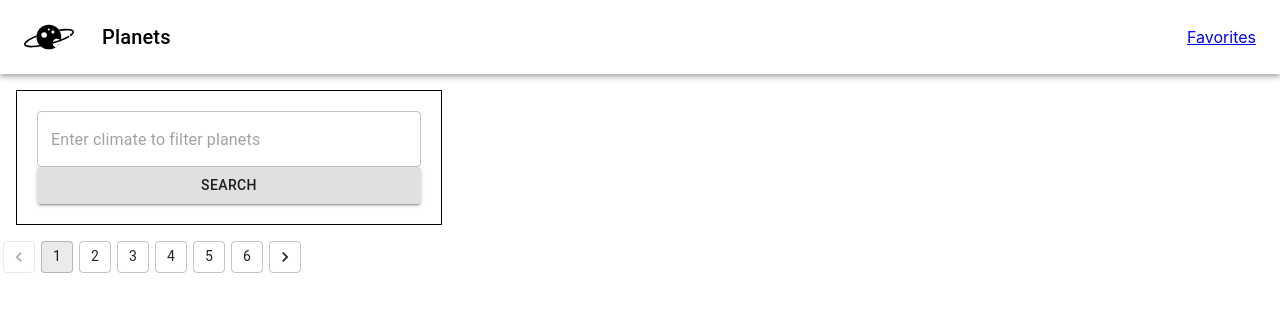
Repository: samridhie01/assignment
Page: /
These files come from the project's save history. The page is drawn as it stood at one moment and after the next save; the edit follows.
The browser window is 1280 px wide. The pictures show the whole page.
The page's requests for data from a server got no answer. The project was rebuilt for these pictures with package versions that can differ from the ones it lists, and the page was loaded fresh each time. A package was used in the major version that the imports need, not the one package.json lists. No one was signed in, and anything a server would have sent is missing. Also part of the build but not shown: src/components/planets/PlanetTile.tsx, src/components/planets/Planets.tsx, src/components/details/SpecificPlanetRetrievalService.ts, src/components/details/Details.tsx, src/components/favorites/Favorites.tsx.

Above is the page before, as saved 2020-08-21 19:10:39.

### src/index.tsx
import React from 'react';
import ReactDOM from 'react-dom';
import './index.css';
import App from './components/app/App';
import * as serviceWorker from './serviceWorker';
import { BrowserRouter } from 'react-router-dom';
import { Provider } from 'react-redux';
import rootReducer from './reducers';
import { createStore } from 'redux';
import store from "../src/store/index"
import { addPlanetData } from './actions';



ReactDOM.render(
  <React.StrictMode>

    <BrowserRouter>
    <Provider store={store}>
    <App />
    </Provider>
    </BrowserRouter>

  </React.StrictMode>,
  document.getElementById('root')
);

// If you want your app to work offline and load faster, you can change
// unregister() to register() below. Note this comes with some pitfalls.
// Learn more about service workers: https://bit.ly/CRA-PWA
serviceWorker.unregister();

### src/components/app/App.tsx
import React, { useEffect, useState } from "react";
import { Route, Switch } from "react-router-dom";
import HomePage from "../homePage/HomePage";
import Details from "../details/Details";
import Favorites from "../favorites/Favorites";
import { PlanetData } from "../module/types";

const App = () => {
  const [favs, setFavs] = useState<PlanetData[]>([]);

  const addToFavs = (data: any) => {
    if(favs.includes(data)){
      return;
    }
      let newArr = [...favs, data];
      setFavs(newArr);
  };

  return (
    <main>
      <Switch>
        <Route
          exact
          path="/"
          render={() => <HomePage handleAddToFavs={addToFavs} />}
        />
        <Route path="/details" component={Details} />
        <Route path="/favs" render={() => <Favorites listOfFavs={favs} />} />
      </Switch>
    </main>
  );
};
export default App;

### src/store/index.ts
import {createStore} from 'redux';
import rootReducer from '../reducers/index';

const store = createStore(rootReducer);

export default store;

### src/components/homePage/HomePage.tsx
import React, { useEffect, useState, ChangeEvent } from "react";
import { useStyles } from "./HomePageStyle";
import Header from "../header/Header";
import Planets from "../planets/Planets";
import SearchBox from "../searchBox/SearchBox";
import { getPlanetData, getPlanetDataPage } from "./PlanetRetrievalService";
import Pagination from "@material-ui/lab/Pagination";
import { PlanetData } from "../module/types";
import { Box } from "@material-ui/core";

interface PlanetOverview {
  handleAddToFavs: (element: any) => void;
}

const HomePage: React.FC<PlanetOverview> = ({ handleAddToFavs }) => {
  const [planetData, setPlanetData] = useState<PlanetData[]>([]);

  const handleNewPage = (page: number) => {
    getPlanetDataPage(page).then(res => {
      setPlanetData(res.data.results);
    });
  };

  const fetchData = () => {
    getPlanetData().then(res => {
      setPlanetData(res.data.results);
      localStorage.setItem("planetData", res.data.results);
    });
  };

  useEffect(() => {
    fetchData();
  }, []);

  const handlePageChange = (event: ChangeEvent<unknown>, value: number) => {
    handleNewPage(value);
  };

  const updatePlanetSearchResult = (key: string | null) => {
    if (key == "") {
      fetchData();
      return;
    }
    const newData = planetData.filter(data => {
      if (
        key == null ||
        data.climate.toLowerCase().includes(key.toLowerCase())
      ) {
        return data;
      }
    });
    setPlanetData(newData);
  };

  const classes = useStyles();
  if (localStorage.getItem("planetData") != null) {
  }

  return (
    <>
      <Header path="/favs" linkName={"Favorites"} />
      <Box display="flex" flexDirection="column">
      <SearchBox handleSearch={updatePlanetSearchResult} />
        {planetData &&
          planetData.map((element: PlanetData, index: number) => {
            return (
              <Planets
                data={element}
                onSaveClick={() => {
                  handleAddToFavs(element);
                }}
              />
            );
          })}


      <Pagination
        count={6}
        defaultPage={1}
        variant="outlined"
        shape="rounded"
        className={classes.indexing}
        onChange={handlePageChange}
      />
       </Box>
    </>
  );
};
export default HomePage;

### src/reducers/index.ts
import { ADD_PLANETDATA } from '../constants/action-types';
import { PlanetActionTypes, Planet, PlanetState } from '../store/types';

const initialState: PlanetState = {
    planetData: []
};

function rootReducer(state=initialState, action:PlanetActionTypes):PlanetState{
    if(action.type == ADD_PLANETDATA){
        return{
            planetData: [...state.planetData, action.payload]
        }
    }
    return state;
}

export default rootReducer;

### src/components/homePage/HomePageStyle.ts
import { makeStyles, createStyles, Theme } from "@material-ui/core/styles";

export const useStyles = makeStyles((theme: Theme) =>
  createStyles({
    flexContainer: {
      display: "inline-flex",
      flex: "1 0 50%",
      textAlign: "center",
      padding: "10px",
      overflow: "hidden",

    },
    item: {
      alignSelf: "flex-end",
    },
    stopShrink: {
      alignSelf: "flex-start"
    },
    indexing: {
      alignItems:"flex-end"
    },
    title: {
      flexGrow: 1
    }
  })
);

### src/components/header/Header.tsx
import React from "react";
import AppBar from "@material-ui/core/AppBar";
import {Toolbar, makeStyles, createStyles, IconButton, Button,Theme} from "@material-ui/core";
import {ReactComponent as PlanetIcon} from "../../assets/planet.svg";
import Typography from "@material-ui/core/Typography";
import { Link } from "react-router-dom";

const useStyles = makeStyles((theme: Theme) =>
  createStyles({
    root: {
      flexGrow: 1,
    },
    menuButton: {
      marginRight: theme.spacing(2),
    },
    title: {
      flexGrow: 1,
    },
    logo: {
       width: 50,
       height: 50
      },
  }),
);

interface HeaderProps{
  path: string,
  linkName: string
}

const Header:React.FC<HeaderProps> = ({
  path,
  linkName
})=>{
    const classes=useStyles();
return(
<AppBar color="inherit"  position="static">
    <Toolbar>
        <IconButton edge="start" className={classes.menuButton} color="inherit" aria-label="menu">
        <PlanetIcon className={classes.logo}/>
        </IconButton>
        <Typography variant="h6" className={classes.title}>
            Planets
        </Typography>
         <Link to={{pathname: `${path}`}} color="inherit">{linkName}</Link>
        {/* <Link to={{pathname: `${path}`}} color="inherit">{linkName}</Link> */}
    </Toolbar>
</AppBar>
)


}

export default Header;

### src/components/searchBox/SearchBox.tsx
import React, { useState, useEffect } from "react";
import {
  Button,
  Box,
  TextField,
  Theme,
  makeStyles,
  createStyles
} from "@material-ui/core";

const useStyles = makeStyles((theme: Theme) =>
  createStyles({
    alignCenter:{
      justifyItems: "center"
    }

  })
);

interface Search {
  handleSearch: (key: string|null) => void;
}

const SearchBox: React.FC<Search> = ({ handleSearch }) => {
  const [searchItem, setSearchItem] = useState<string|null>("");
  const handleSearchChange = (event: any) => {
    setSearchItem(event.target.value);

  };

  const classes = useStyles();
  return (
    <>
      <Box
        height="250%"
        border={1}
        m={2}
        display="inline-flex"
        flexDirection="column"
        width="30%"
        padding="20px"
      >
        <TextField
          variant="outlined"
          onChange={handleSearchChange}
          placeholder="Enter climate to filter planets"
          className={classes.alignCenter}
        />
        <Button
          variant="contained"
          onClick={() => {
            handleSearch(searchItem);
          }}
          fullWidth={false}
        >
          Search
        </Button>
      </Box>
    </>
  );
};

export default SearchBox;

### src/components/homePage/PlanetRetrievalService.ts
import axios from "axios";

const currentVersion = "2";
let data = localStorage.getItem("data");
let version = localStorage.getItem("version");

export const getPlanetData = async () => {
  const res = await axios({
    method: "GET",
    url: `https://swapi.dev/api/planets`
  });
  return res;
};

export const getPlanetDataPage = async (page: number) => {
  const res = await axios({
    method: "GET",
    url: `http://swapi.dev/api/planets/?page=${page}`
  });
  return res;
};

### src/constants/action-types.ts
export const ADD_PLANETDATA="ADD_PLANETDATA"

Loaded but not shown: public/index.html (common file); src/index.css (common file); src/serviceWorker.ts (common file)

After the next save:
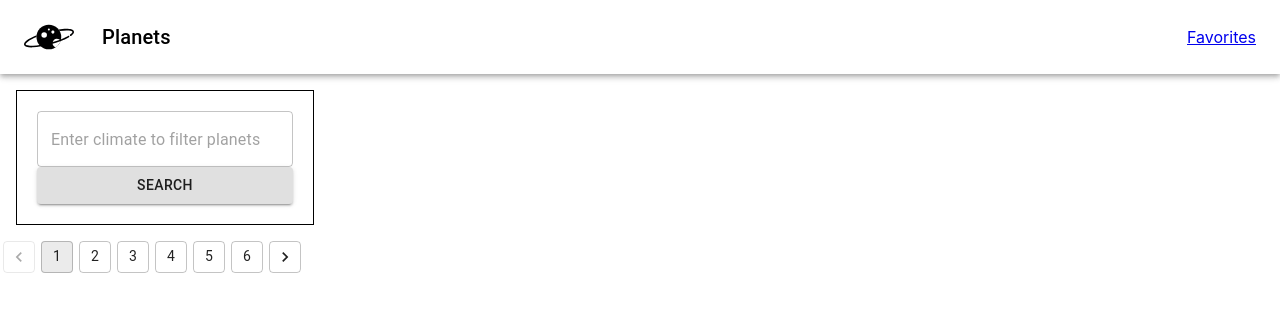
Saved 26 s later.
--- a/src/components/searchBox/SearchBox.tsx
+++ b/src/components/searchBox/SearchBox.tsx
@@ -37,7 +37,7 @@ const SearchBox: React.FC<Search> = ({ handleSearch }) => {
         m={2}
         display="inline-flex"
         flexDirection="column"
-        width="30%"
+        width="20%"
         padding="20px"
       >
         <TextField
